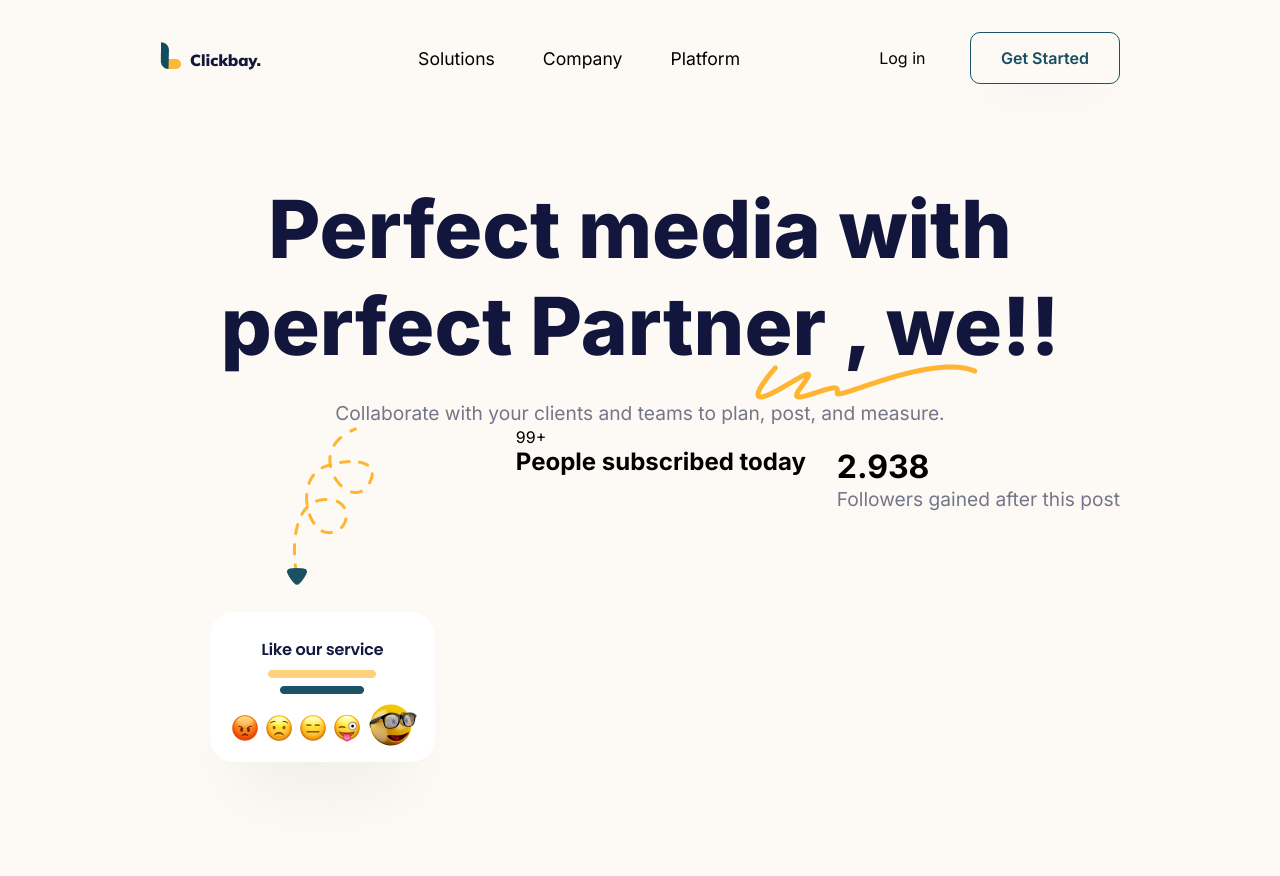
Repository: badhon252/Clickbay
Page: index.html
These files come from the project's save history. The page is drawn as it stood at one moment and after the next save; the edit follows.
The browser window is 1280 px wide. The pictures show the whole page.
The style sheet was rebuilt from its Sass, Less or Tailwind sources for each picture, by a compiler version that may differ from the author's.

Above is the page before, as saved 2022-09-04 02:29:09.

After the next save:
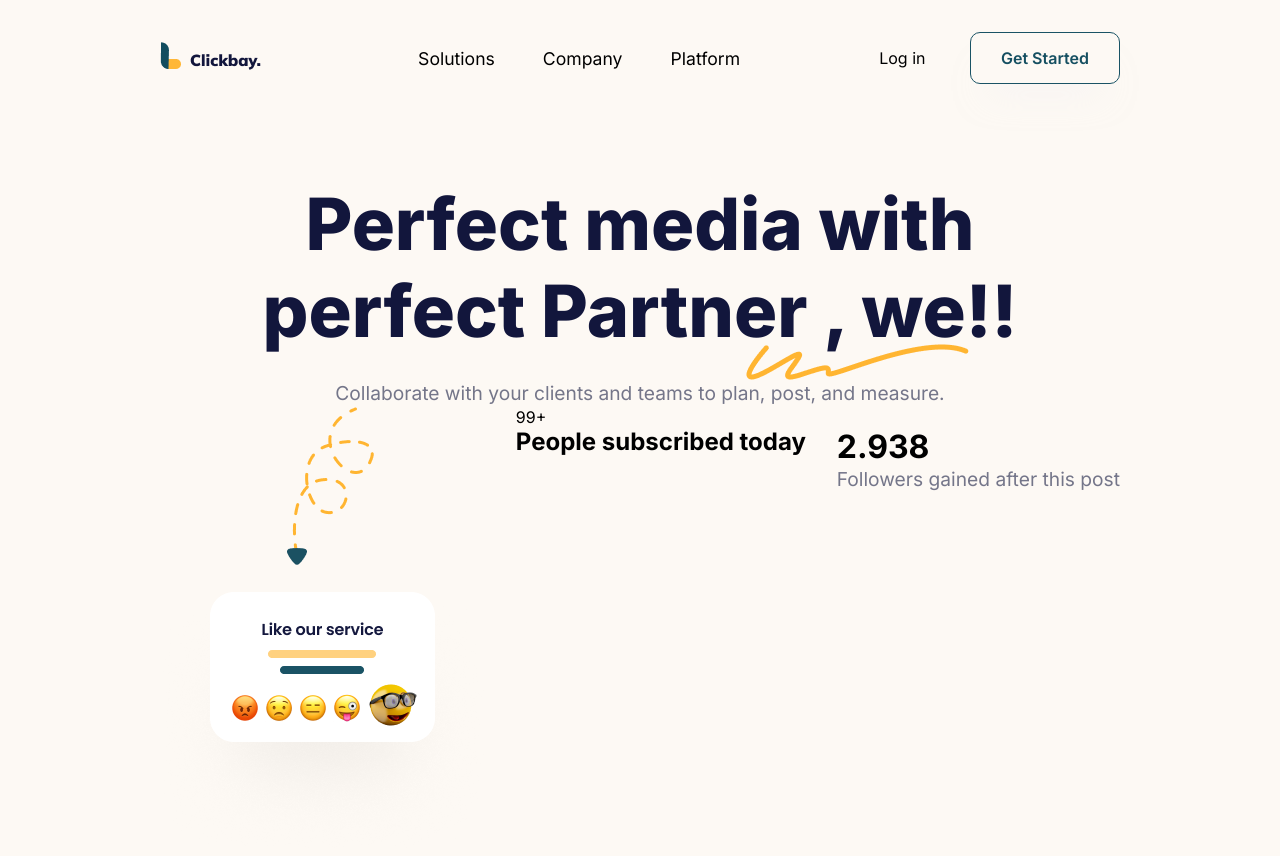
Saved 59 s later.
--- a/scss/style.scss
+++ b/scss/style.scss
@@ -17,7 +17,7 @@
   background-color: transparent;
 }
 .h1 {
-  font-size: 5rem;
+  font-size: 4.5rem;
 }
 .text-center {
   text-align: center;
@@ -90,7 +90,7 @@
   .signature {
     display: block;
     margin: 0 auto;
-    transform: translateX(226px);
+    transform: translateX(217px);
   }
   p {
     font-size: 1.2rem;
